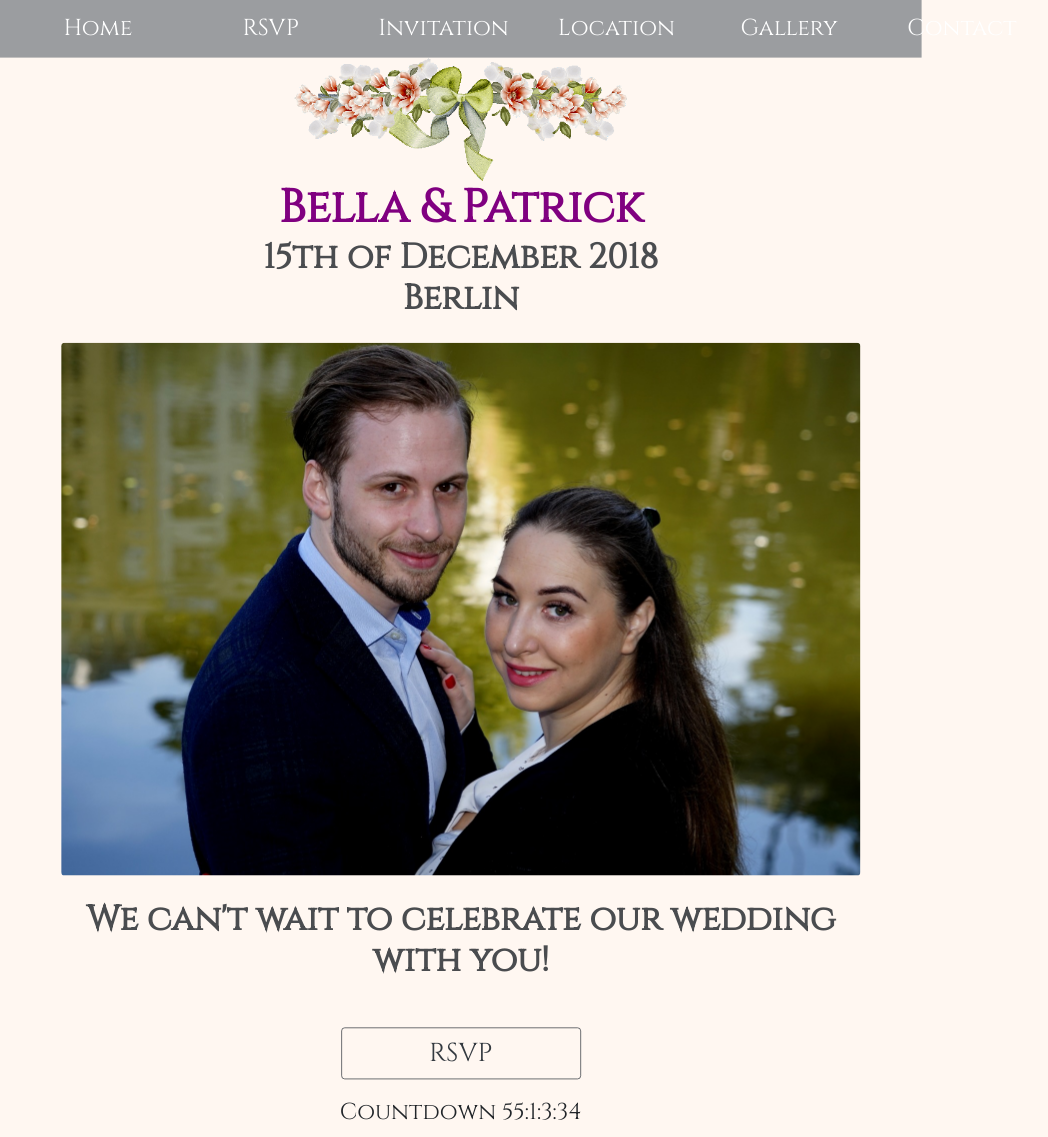
Repository: PMeiler/weddingApp
Page: http://localhost/
The author's editor kept a record of every edit. The page is drawn from the files as they stood at one moment, then again after the next edit.
The browser window is 1280 px wide. The page is 1456 px wide, then 1280 px, so the pictures cover 1456 px, including what lies to the right of the window. The pictures show the whole page, at 72% of full size.
Some web fonts or font styles are not loaded; a fallback is used. The page is served by the project's Node server (index.js).

Above is the page before.

After the next edit:
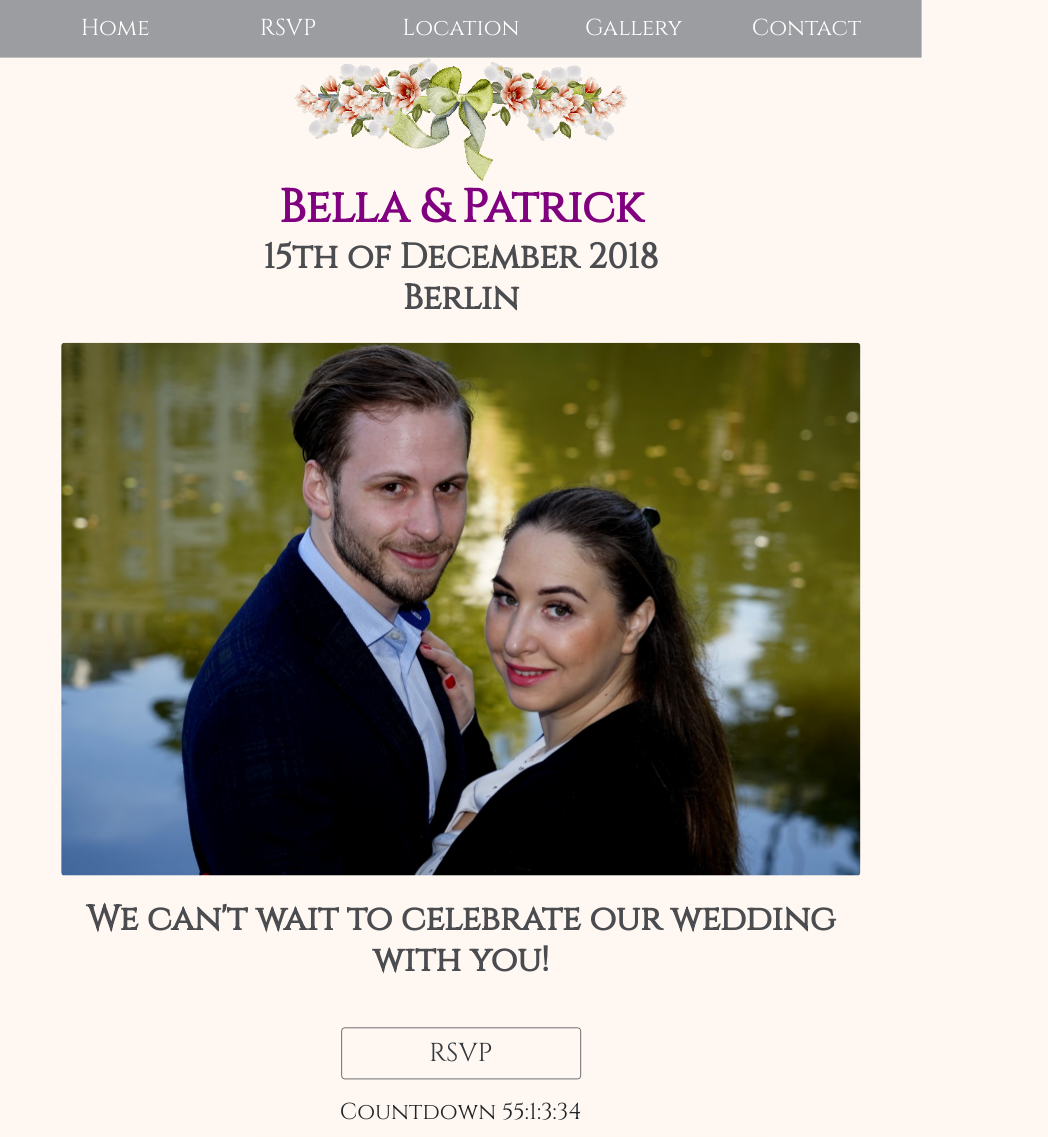
The edit:
--- a/views/public/partials/header.ejs
+++ b/views/public/partials/header.ejs
@@ -27,9 +27,6 @@
 	      <li class="nav-item">
 	        <a class="nav-link" href="./form">RSVP</a>
 	      </li>
-	      <li class="nav-item">
-	        <a class="nav-link" href="./invitation">Invitation</a>
-	      </li>
 	       <li class="nav-item">
 	        <a class="nav-link" href="./location">Location</a>
 	      </li>
